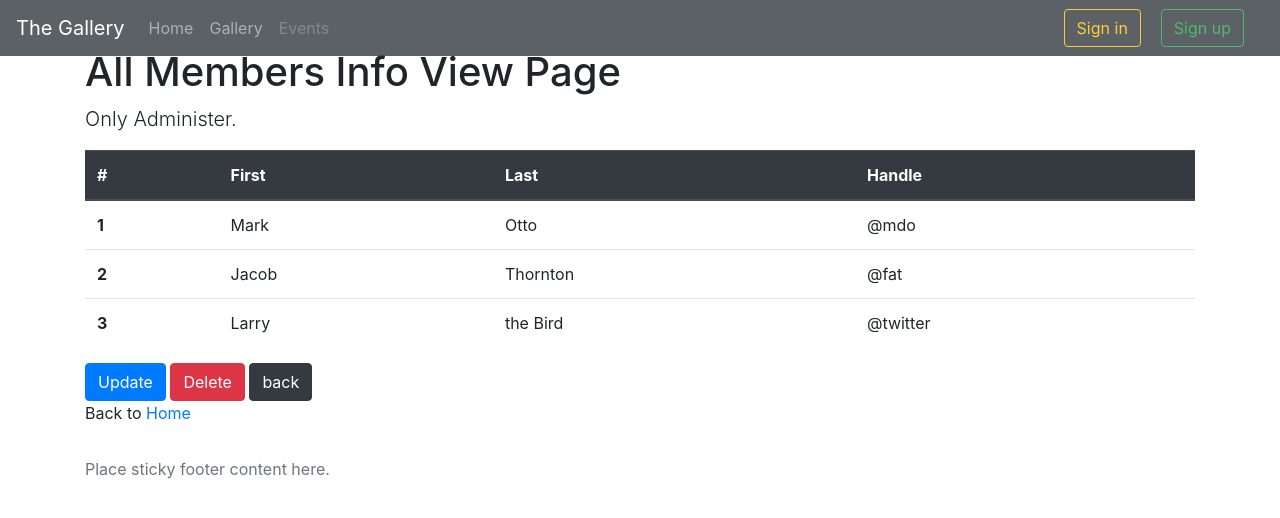
Repository: caramelsyrup/SpringProject1
Page: http://localhost/gallery/WEB-INF/views/member/allmember.jsp
These files come from the project's save history. The page is drawn as it stood at one moment and after the next save; the edit follows.
The browser window is 1280 px wide. The pictures show the whole page.
The page is served by Tomcat 9. Nobody is signed in. Other server files are loaded and not shown. The template is opened directly, without the code that normally fills it, so the values that code supplies are empty.

Above is the page before, as saved 2020-11-22 14:38:23.

### gallery/src/main/webapp/WEB-INF/views/member/allmember.jsp
<%@ page language="java" contentType="text/html; charset=UTF-8" pageEncoding="UTF-8"%>
<%@ include file="/resources/includes/header.jsp" %>
<!DOCTYPE html>
<html>
<head>
<meta charset="UTF-8">
<title>memberInfo</title>
</head>
<body>
<!-- Begin page content -->
<main role="main" class="flex-shrink-0">
  <div class="container" >
    <h1 class="mt-5">All Members Info View Page</h1>
    <p class="lead">Only Administer.</p>
		<table class="table">
		  <thead class="thead-dark">
		    <tr>
		      <th scope="col">#</th>
		      <th scope="col">First</th>
		      <th scope="col">Last</th>
		      <th scope="col">Handle</th>
		    </tr>
		  </thead>
		  <tbody>
		    <tr>
		      <th scope="row">1</th>
		      <td>Mark</td>
		      <td>Otto</td>
		      <td>@mdo</td>
		    </tr>
		    <tr>
		      <th scope="row">2</th>
		      <td>Jacob</td>
		      <td>Thornton</td>
		      <td>@fat</td>
		    </tr>
		    <tr>
		      <th scope="row">3</th>
		      <td>Larry</td>
		      <td>the Bird</td>
		      <td>@twitter</td>
		    </tr>
		  </tbody>
		</table>
	<input class="btn btn-primary" type="button" id="btndoUpdate" value="Update">
	<input class="btn btn-danger" type="button" id="btndoDelete" value="Delete">
	<input class="btn btn-dark" type="button" value="back" onclick="history.back()">
   <p>Back to <a href="/">Home</a></p>
  </div>

</main>
<script src="/resources/js/member.js"></script>
<footer class="footer mt-auto py-3">
  <div class="container">
    <span class="text-muted">Place sticky footer content here.</span>
  </div>
</footer>
</body>
</html>

### gallery/src/main/webapp/resources/includes/header.jsp
<%@ taglib prefix="c" uri="http://java.sun.com/jsp/jstl/core" %>
<!DOCTYPE html>
<html>
<head>
<meta charset="UTF-8">
    <meta charset="utf-8">
    <meta name="viewport" content="width=device-width, initial-scale=1, shrink-to-fit=no">
    <meta name="description" content="">
    <meta name="author" content="Mark Otto, Jacob Thornton, and Bootstrap contributors">
    <meta name="generator" content="Jekyll v4.1.1">
<script src="https://code.jquery.com/jquery-3.5.1.js" integrity="sha256-QWo7LDvxbWT2tbbQ97B53yJnYU3WhH/C8ycbRAkjPDc=" crossorigin="anonymous"></script>
<!-- Latest compiled and minified CSS -->
<link rel="stylesheet" href="https://stackpath.bootstrapcdn.com/bootstrap/4.5.2/css/bootstrap.min.css">
<!-- Latest compiled JavaScript -->
<script src="https://stackpath.bootstrapcdn.com/bootstrap/4.5.2/js/bootstrap.min.js"></script>
</head>
<!-- 최상단 -->
<body class="d-flex flex-column h-100">
    <header>
  <!-- Fixed navbar -->
  <nav class="navbar navbar-expand-md navbar-dark fixed-top bg-dark" style="opacity: 0.8;">
    <a class="navbar-brand" href="/">The Gallery</a>
    <button class="navbar-toggler" type="button" data-toggle="collapse" data-target="#navbarCollapse" aria-controls="navbarCollapse" aria-expanded="false" aria-label="Toggle navigation">
      <span class="navbar-toggler-icon"></span>
    </button>
    <div class="collapse navbar-collapse" id="navbarCollapse">
      <ul class="navbar-nav mr-auto">
        <li class="nav-item">
          <a class="nav-link" href="/">Home <!-- <span class="sr-only">(current)</span> --> </a>
        </li>
        <li class="nav-item">
          <a class="nav-link" href="/gallery/list">Gallery</a>
        </li>
        <c:choose>
	        <c:when test="${member.auth==0||member.auth==1}">
	        	<li class="nav-item">
		          <a class="nav-link" href="/events/elist">Events</a>
		        </li>
	        </c:when>
			<c:otherwise>
				<li class="nav-item">
		          <a class="nav-link disabled" href="/events/elist"  aria-disabled="true">Events</a>
		        </li>
			</c:otherwise>
        </c:choose>

	    <c:if test="${member.auth==0}">
	     <li class="nav-item">
	      <a class="nav-link" href="/member/memberInfo/${member.username}">Info</a>
	     </li>
	    </c:if>
	    <c:if test="${member.auth==1}">
	     <li class="nav-item">
	      <a class="nav-link" href="/member/allmember">All Member</a>
	     </li>
	     <li class="nav-item">
	      <a class="nav-link" href="/member/memberInfo">All Reservation</a>
	     </li>
	    </c:if>

      </ul>
       <c:choose>
       	<c:when test="${empty member.username}">
       		<a class="btn btn-outline-warning my-2 my-sm-0" href="/member/createMember" style="margin-right: 20px">Sign in</a>
      		<a class="btn btn-outline-success my-2 my-sm-0" href="/customLogin" style="margin-right: 20px">Sign up</a>
      	</c:when>
      	<c:otherwise>
        	<a class="btn btn-outline-success my-2 my-sm-0" href="/customLogout">Logout</a>
        </c:otherwise>
       </c:choose>
    </div>
  </nav>
</header>

### gallery/src/main/webapp/resources/js/member.js
$(document).ready(function(){
	// 회원가입 화면, 중복체크 버튼
	$("#btnIDchk").click(function(){

		var userID = $("#username").val();

		if(userID==""){
			alert("아이디를 입력하세요.");
			$("#username").focus();
			return false;
		}

		$.ajax({
			type:"post",
			url:"/member/idcheck",
			data:{"userID":userID}
		})
		.done(function(resp){
			if(resp.trim()=="yes"){
				alert('사용가능!');
				$(opener.documnet).find("#username").val(userID);
			}else{
				alert('사용불가능!');
				$("#username").val("");
				$("#username").focus();
			}
		})
		.fail(function(error){
			alert("error : "+error);
		})
	});

	//회원가입, 주소 검색 버튼
	$("#btnAddr").on("click",function(){
		window.open("/member/address","","width=800 height=600");
	});
	// 주소창, 주소검색 버튼
	$("#btnAddressChk").click(function(){
		var addr = $("#dong").val();

		if(addr==""){
			alert("동을 입력하세요.");
			$("#dong").focus();
			return false;
		}
		//동검색시, 하단에 결과 값 출력
		$.ajax({
			type:"post",
			url:"/member/searchAddr",
			data:{"dong":addr}
		})
		.done(function(resp){
			var Hstr="";
			Hstr+="<tr><th scope='col'>우편번호</th>";
			Hstr+="<th scope='col'>시도</th>";
			Hstr+="<th scope='col'>구군</th>";
			Hstr+="<th scope='col'>동</th>";
			Hstr+="<th scope='col'>번지</th></tr>";
			$("#resultArea thead").html(Hstr);

			var rStr="";
			$.each(resp,function(key,val){
				rStr +="<tr><th th scope='row'>"+val.zipcode+"</th>";
				rStr +="<td>"+val.sido+"</td>";
				rStr +="<td>"+val.gugun+"</td>";
				rStr +="<td>"+val.dong+"</td>";
				rStr +="<td>"+val.bunji+"</td>";
				rStr +="</tr>";
			})
			$("#resultArea tbody").html(rStr);
		})
		.fail(function(e){
			alert(e);
		});
		// 영역 클릭시, 주소에 자동 입력
		$("#resultArea").on("click","tr",function(){
			var address = $("th:eq(0)",this).text()+" "+$("td:eq(1)",this).text()+" "+$("td:eq(2)",this).text()+" "+$("td:eq(3)",this).text()+" "+$("td:eq(4)",this).text();
			$(opener.document).find("#address").val(address);
			self.close();
		});
	});

	// 회원가입 화면, 회원가입버튼
	$("#btndoCreate").on("click",function(){
		if($("#username").val().trim()==""){
			alert('아이디를 입력하세요!');
			return false;
		}
		if($("#password").val().trim()==""){
			alert('비밀번호를 입력하세요!');
			return false;
		}
		if($("#membername").val().trim()==""){
			alert('이름을 입력하세요!');
			return false;
		}
		if($("#age").val().trim()==""){
			alert('나이를 입력하세요!');
			return false;
		}
		if($("#address").val().trim()==""){
			alert('주소를 입력하세요!');
			return false;
		}
		if($("#email").val().trim()==""){
			alert('이메일을 입력하세요!');
			return false;
		}
		$("#createForm").submit();
	});

	// 회원개인정보창, 회원정보 변경
	$("#btndoUpdate").click(function(){
		if($("#password").val().trim()==""){
			alert('비밀번호를 입력하세요!');
			return false;
		}
		if($("#membername").val().trim()==""){
			alert('이름을 입력하세요!');
			return false;
		}
		if($("#age").val().trim()==""){
			alert('나이를 입력하세요!');
			return false;
		}
		if($("#address").val().trim()==""){
			alert('주소를 입력하세요!');
			return false;
		}
		if($("#email").val().trim()==""){
			alert('이메일을 입력하세요!');
			return false;
		}

		if(confirm('Would you change the information?')){
			$("#updateForm").submit();
		}
	});

	// 회원 개인정보창, 회원삭제
	$("#btndoDelete").click(function(){
		if(confirm('Would you delete your account?')){
			var username = $("#username").val();
			//삭제가 참일때
			$.ajax({
				type:"DELETE",
				url:"/member/dodelete/"+username,
				contentType:"application/json;charset=utf-8"	// 서버에 보낼때 헤더 설정. json형태, utf-8인코딩
			})
			.done(function(resp){
				alert('Done deleting');
				location.href="/customLogout";
			})
			.fail(function(e){
				alert(e);
			});
		}	//if문 종결
	});


});

After the next save:
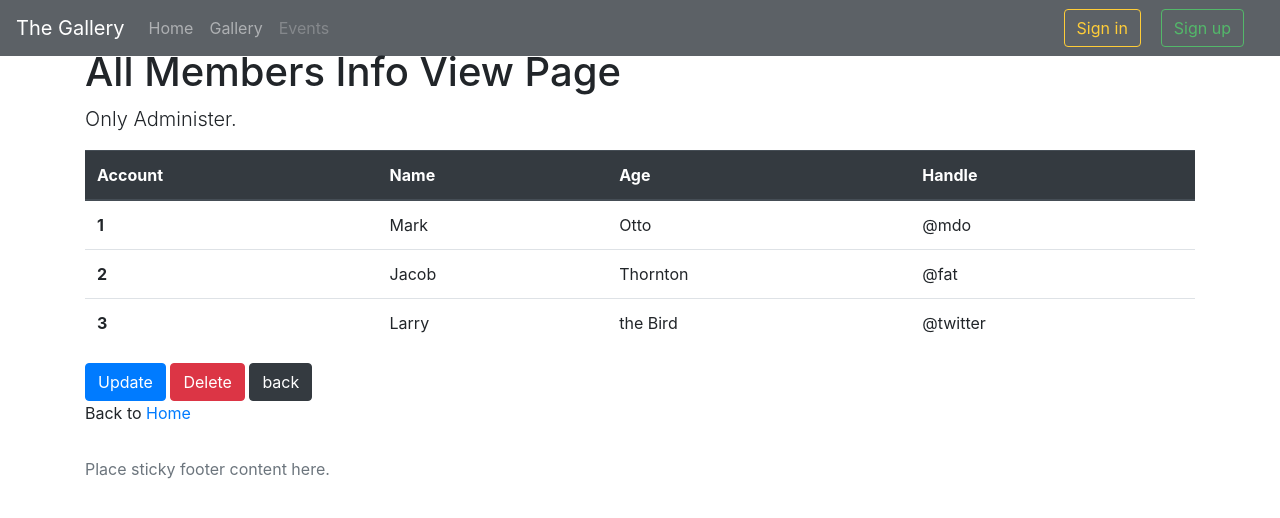
Saved 62 s later.
--- a/gallery/src/main/webapp/WEB-INF/views/member/allmember.jsp
+++ b/gallery/src/main/webapp/WEB-INF/views/member/allmember.jsp
@@ -15,9 +15,9 @@
 		<table class="table">
 		  <thead class="thead-dark">
 		    <tr>
-		      <th scope="col">#</th>
-		      <th scope="col">First</th>
-		      <th scope="col">Last</th>
+		      <th scope="col">Account</th>
+		      <th scope="col">Name</th>
+		      <th scope="col">Age</th>
 		      <th scope="col">Handle</th>
 		    </tr>
 		  </thead>
